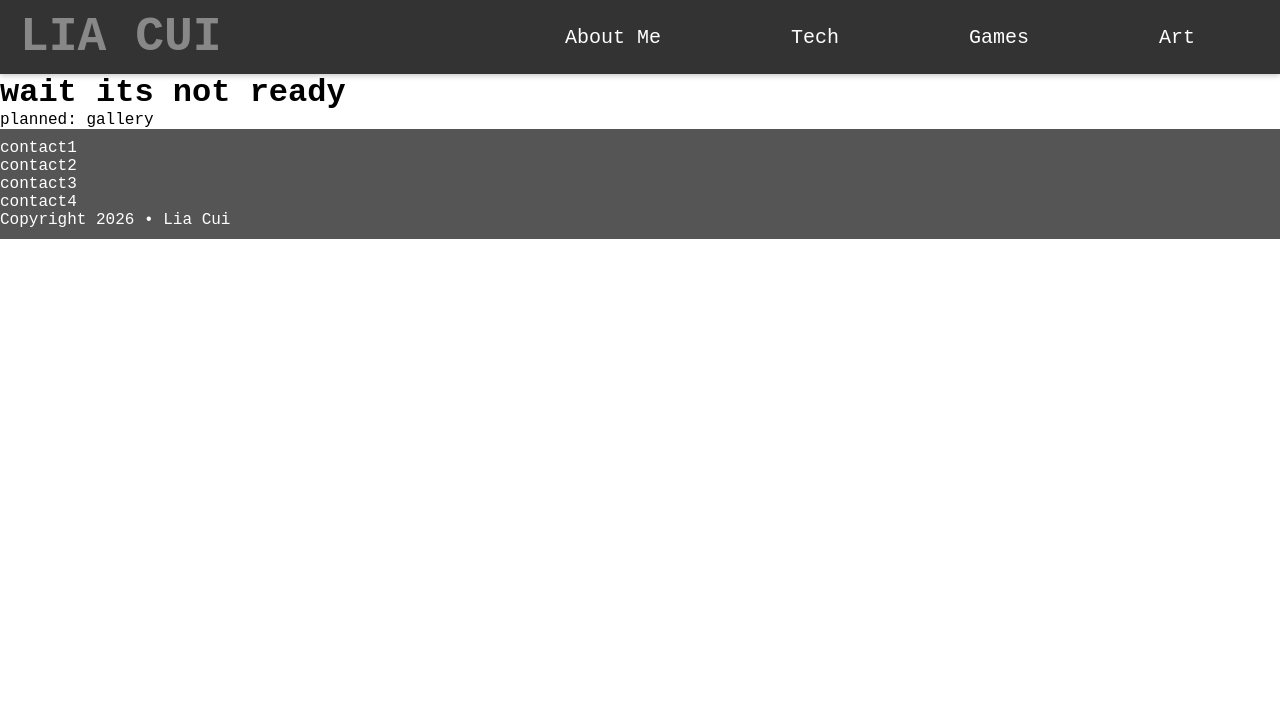
Repository: ljcui1/Lia-Cui-Portfolio
Page: subpages/art_index.html
The author's editor kept a copy of each file at every save. The page is drawn from the files as they stood at one save, then again after the next save.
The browser window is 1280 px wide. The pictures show the whole page.

Above is the page before, as saved 2026-01-15 11:55:06.

After the next save:
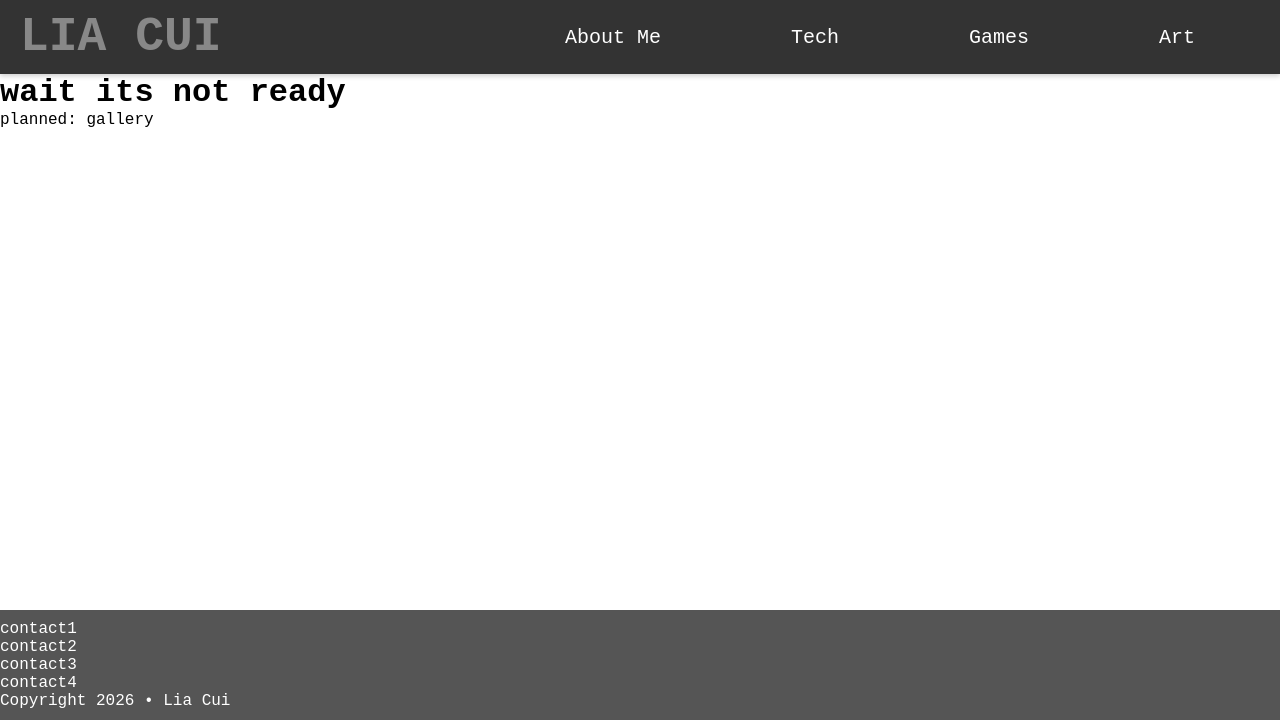
Saved 69 s later.
--- a/style.css
+++ b/style.css
@@ -16,6 +16,14 @@
 
 body {
     font-family: 'Source Pro Code', monospace;
+    display: flex;
+    flex-direction: column; /*stacks flexbox children vertically*/
+    min-height: 100vh; /*ensure body takes up full viewport*/
+    margin: 0;
+}
+
+main {
+    flex: 1;
 }
 
 /*header styling*/
@@ -36,7 +44,7 @@
     background-color: #555;
     color: white;
     padding: 10px 0;
-    justify-content: center;
+    text-justify: center;
     align-items: center;
 }
 
